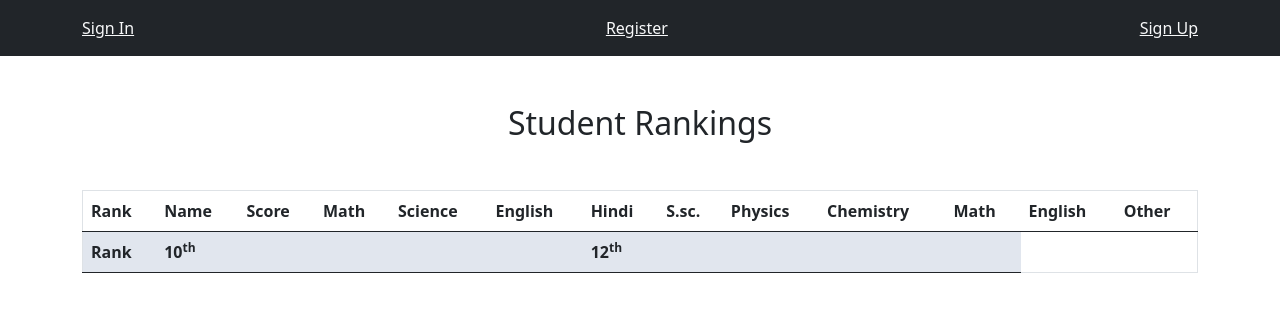
Repository: akankshaajoshi/student-counselling-application
Page: templates/registration/rankings.html
These files come from the project's save history. The page is drawn as it stood at one moment and after the next save; the edit follows.
The browser window is 1280 px wide. The pictures show the whole page.
The template is drawn by Django 3.2. The application's start-up code is not run. The template is opened directly, without the code that normally fills it, so the values that code supplies are empty.

Above is the page before, as saved 2024-04-25 13:41:35.

After the next save:
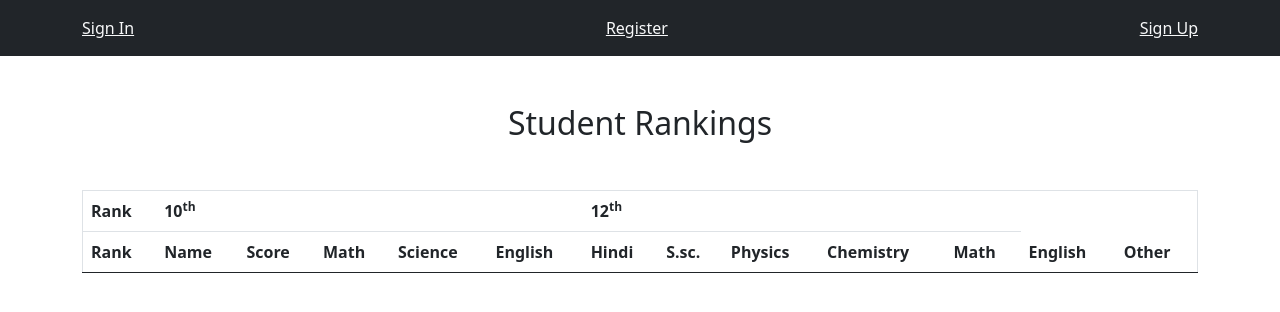
Saved 6 s later.
--- a/templates/registration/rankings.html
+++ b/templates/registration/rankings.html
@@ -12,6 +12,11 @@
   <h2 class="text-center mb-5">Student Rankings</h2>
   <table class="table table-striped">
     <thead class="thead-dark">
+      <tr>
+        <th>Rank</th>
+        <th colspan="5">10<sup>th</sup></th>
+        <th colspan="5">12<sup>th</sup></th>
+      </tr>
       <tr>
         <th scope="col">Rank</th>
         <th scope="col">Name</th>
@@ -28,11 +33,7 @@
         <th scope="col">Other</th>
       </tr>
     </thead>
-    <tr>
-      <th>Rank</th>
-      <th colspan="5">10<sup>th</sup></th>
-      <th colspan="5">12<sup>th</sup></th>
-    </tr>
+
     <tbody>
       {% for student in students %}
       <tr>
